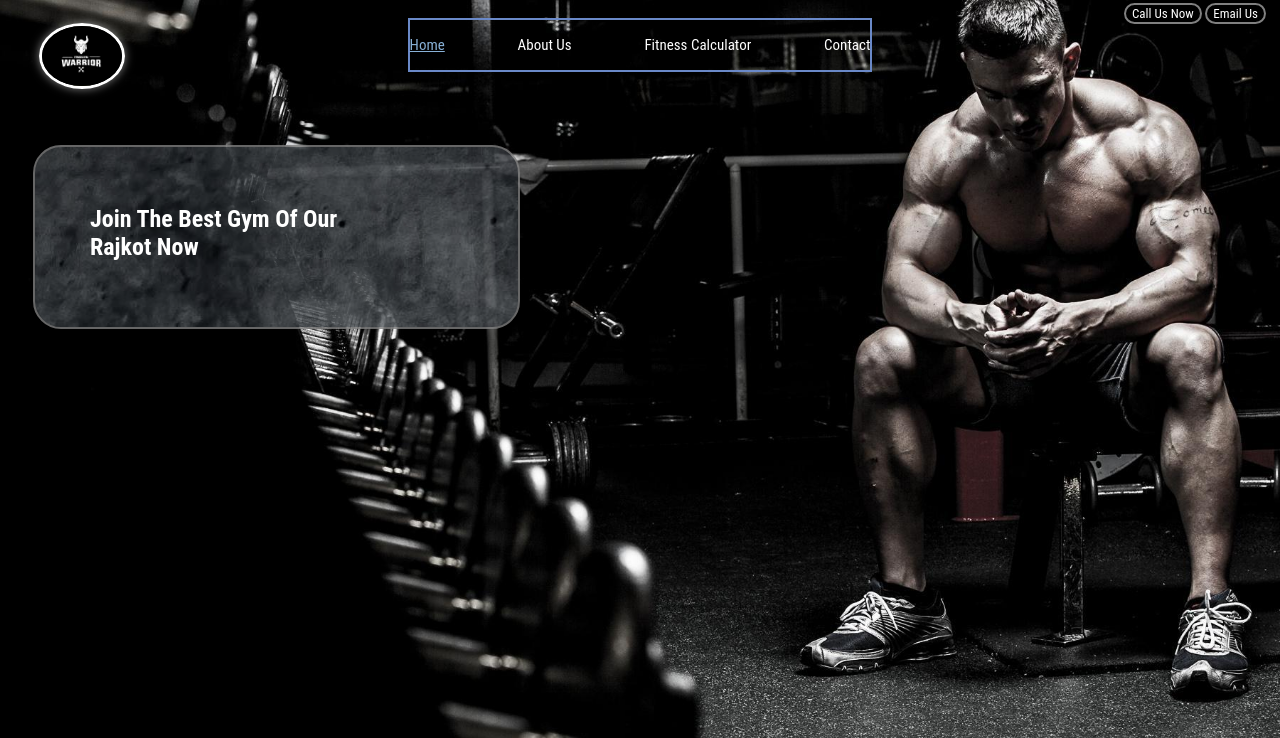
Repository: asthaasquare/project-1
Page: project-1/index.html
The author's editor kept a copy of each file at every save. The page is drawn from the files as they stood at one save, then again after the next save.
The browser window is 1280 px wide. The pictures show the whole page.
Some web fonts or font styles are not loaded; a fallback is used.

Above is the page before, as saved 2024-05-09 18:03:42.

After the next save:
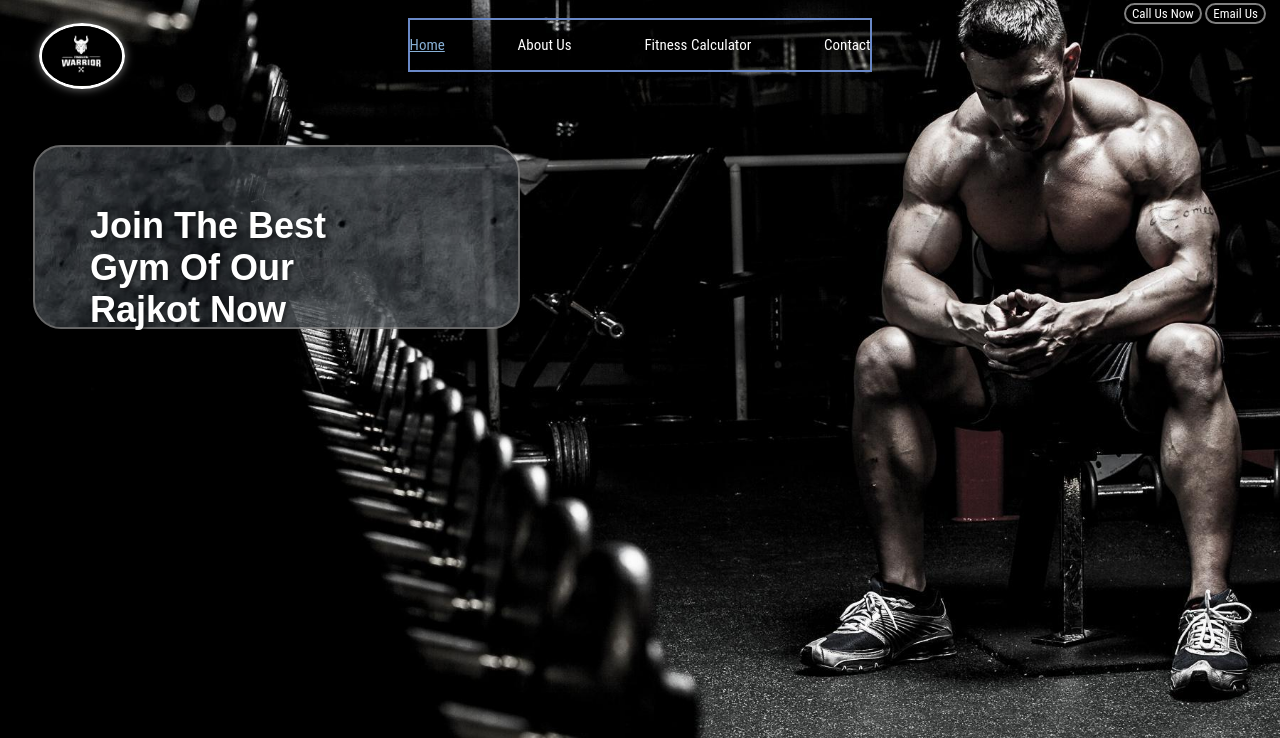
Saved 52 s later.
--- a/project-1/index.html
+++ b/project-1/index.html
@@ -129,11 +129,14 @@
   position: relative;
   top: -197px;
   color: white;
-  font-size: 24px; /* Adjust the font size as needed */
-  font-weight: bold; /* Optionally adjust the font weight */
+  font-size: 36px; /* Increase font size for emphasis */
+  font-weight: bold; /* Make the text bold */
+  font-family: 'Jersey 10', sans-serif; /* Apply a stylish font */
+  text-shadow: 2px 2px 4px rgba(0, 0, 0, 0.5); /* Add a subtle text shadow */
   width: 280px;
   padding: 0px 90px;
 }
+
 
   </style>
 
